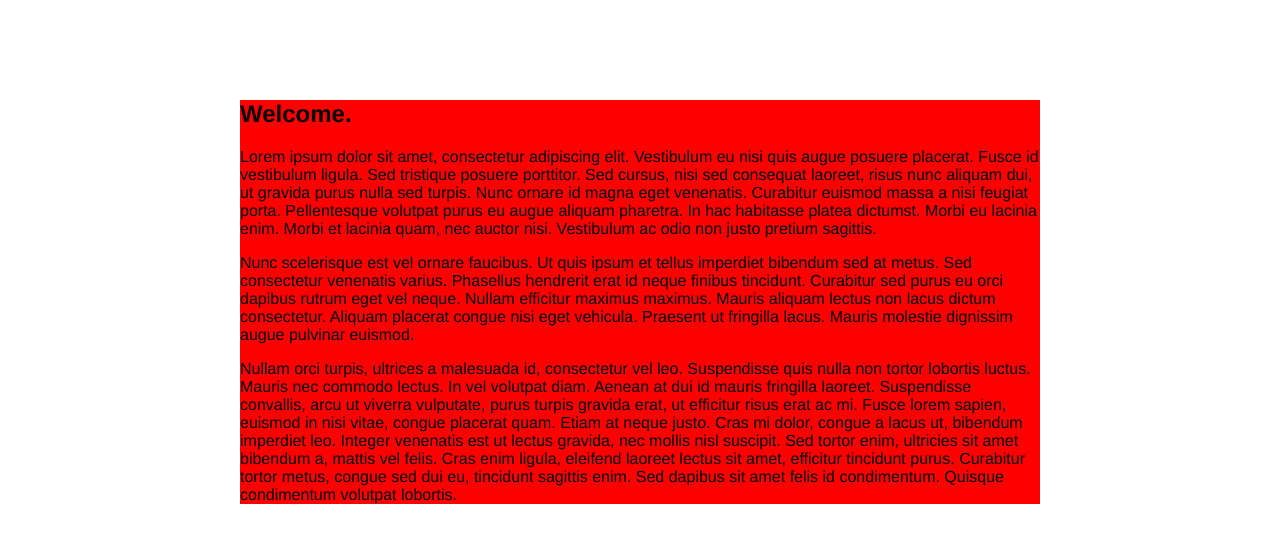
Repository: simonekurtz/simonekurtz.github.io
Page: 3ASGN_Catalog/about.html
The author's editor kept a record of every edit. The page is drawn from the files as they stood at one moment, then again after the next edit.
The browser window is 1280 px wide. The pictures show the whole page.
Some web libraries are served in a nearby version.

Above is the page before.

After the next edit:
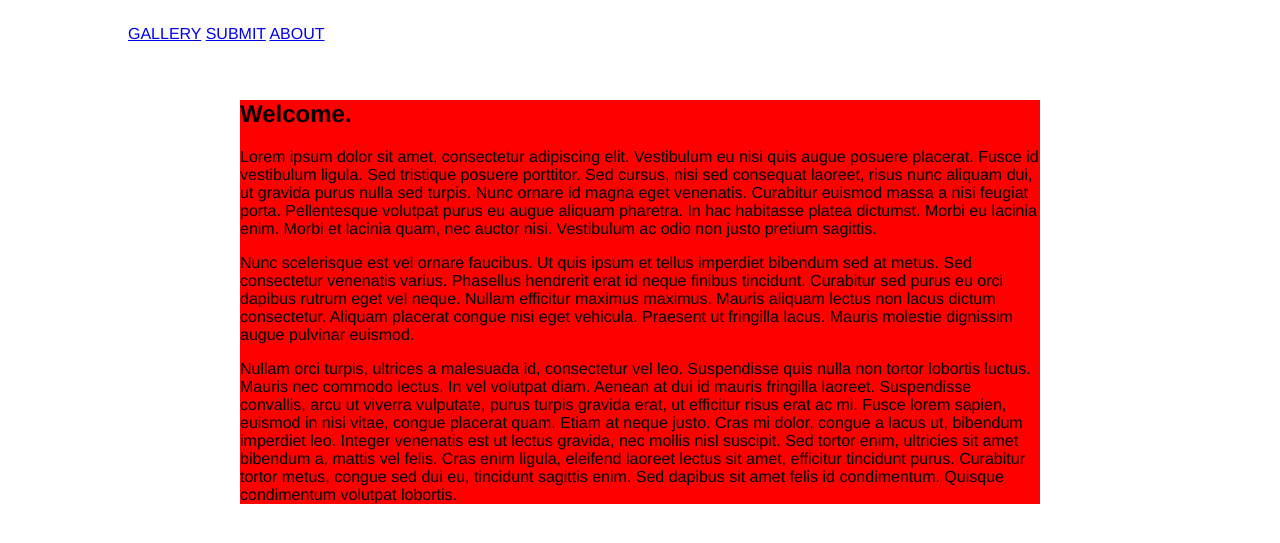
The edit:
--- a/3ASGN_Catalog/about.html
+++ b/3ASGN_Catalog/about.html
@@ -12,10 +12,17 @@
         </div>
 
         <div class="menu">
+        <a href="gallery.html">GALLERY</a>
+        <a href="submit.html">SUBMIT</a>
+        <a href="about.html">ABOUT</a>
+        </div>
+
+<!--        <div class="menu">
             <a href="gallery.html"><img src="images/menu/gallery.png" class="gallerylink"></a>
             <a href="submit.html"><img src="images/menu/submit.png" class="submitlink"></a>
             <a href="about.html"><img src="images/menu/about.png" class="aboutlink"></a>
-        </div>
+
+-->
 
         <div class="splash image">
             <a href="images/images/IMG_3008.jpg"></a>
